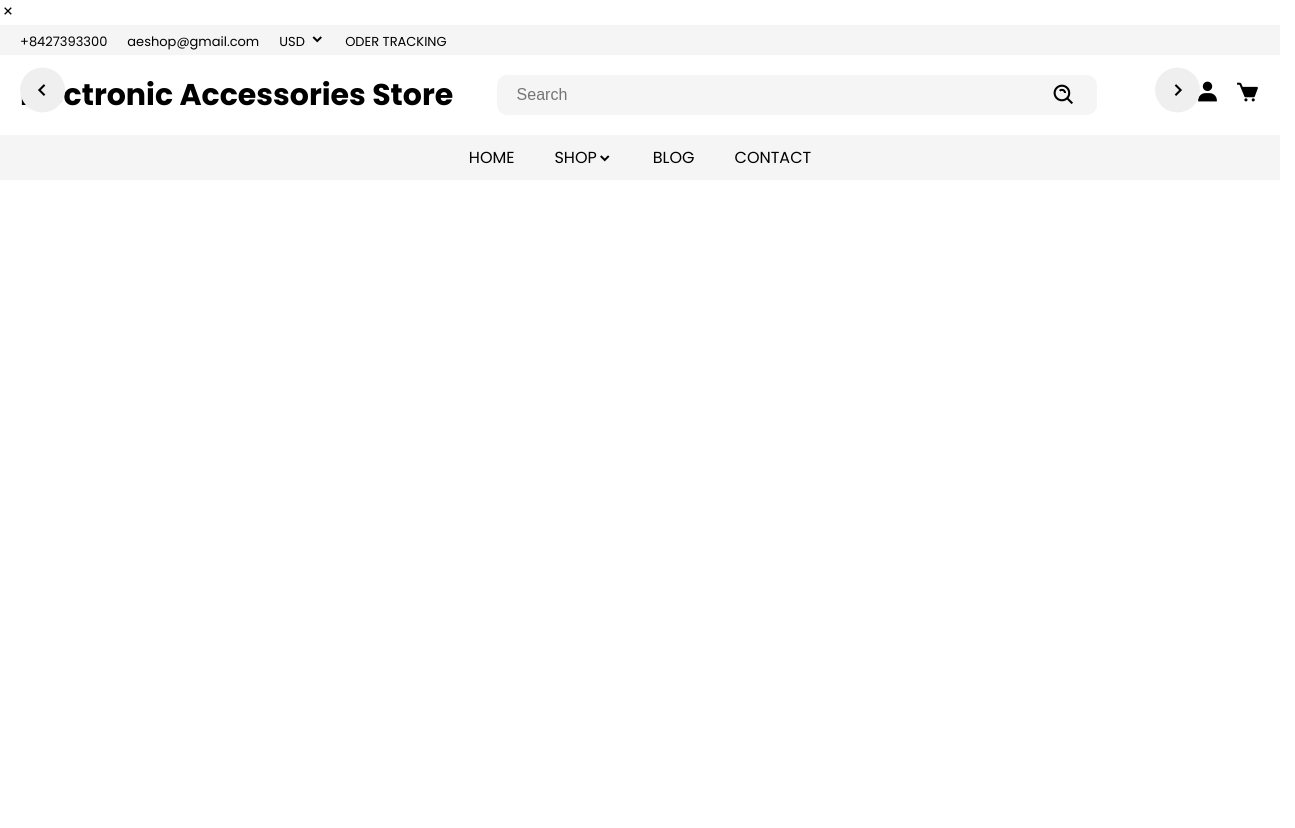
Repository: eric-nguyen-fe/Electronic_accessories
Page: index.html
These files come from the project's save history. The page is drawn as it stood at one moment and after the next save; the edit follows.
The browser window is 1280 px wide. The page is 1295 px wide, so the pictures cover 1295 px, including what lies to the right of the window. The pictures show the whole page.

Above is the page before, as saved 2021-10-31 19:57:28.

After the next save:
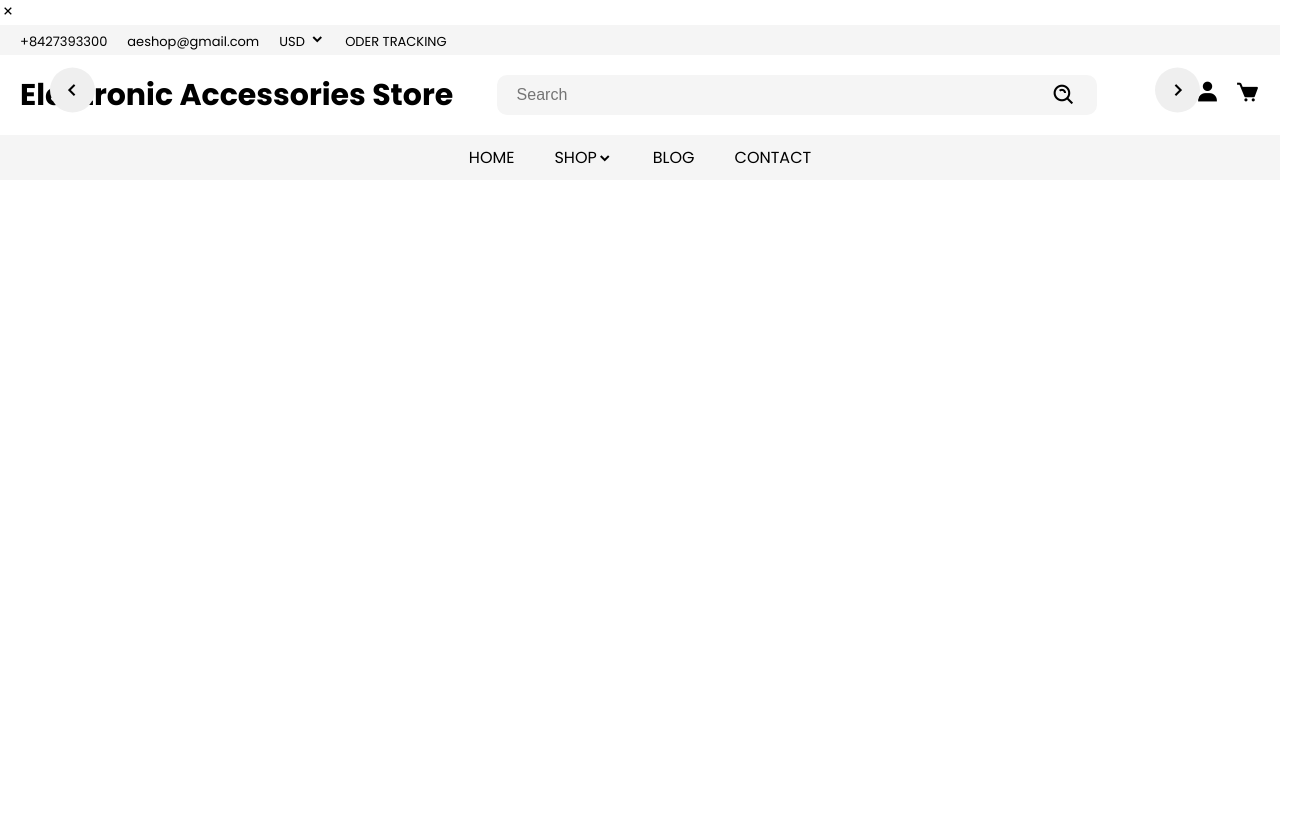
Saved 28 s later.
--- a/css/app.css
+++ b/css/app.css
@@ -368,3 +368,7 @@
 .slide-next{
     right: 80px;
 }
+
+.slide-prev{
+    left: 50px;
+}
